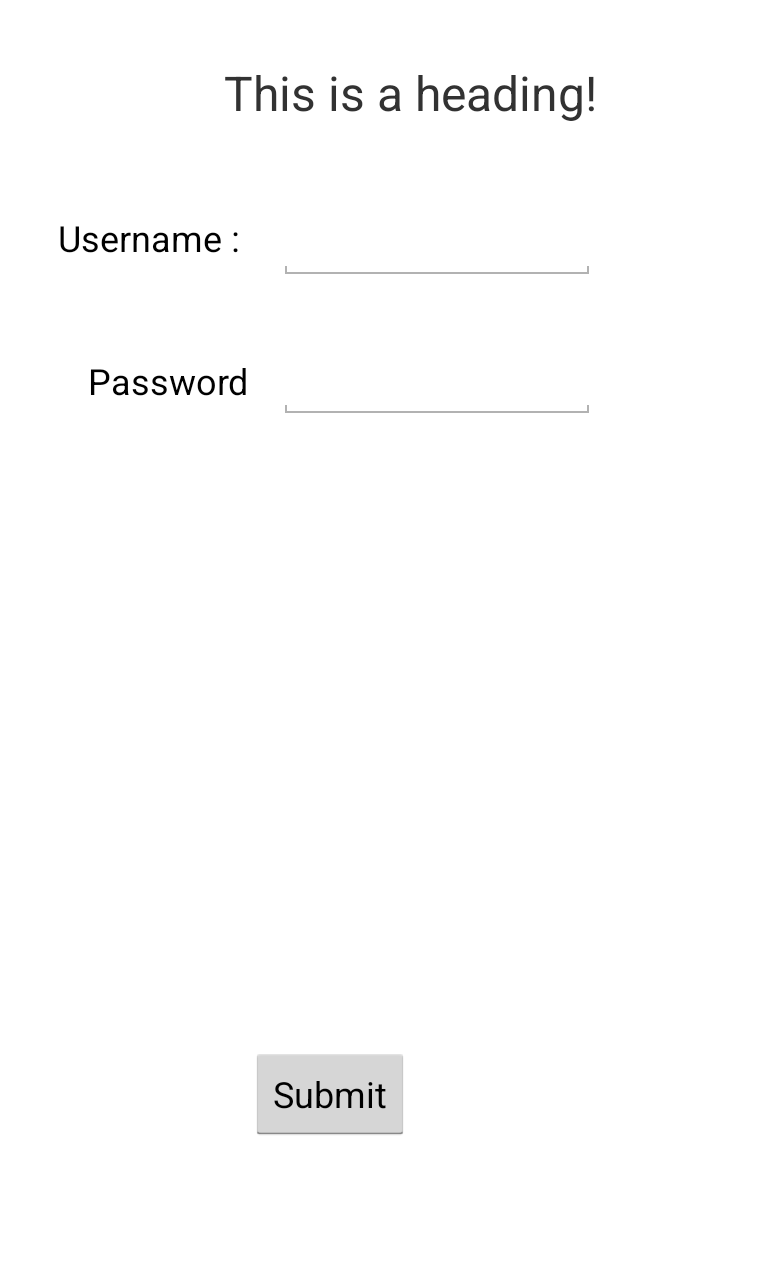
Repository: itsnavneetk/sem6
Layout: AT/150911226/FirstApplication/res/layout/activity_main.xml
The author's editor kept a copy of each file at every save. The layout is drawn from the files as they stood at one save, then again after the next save.
It is drawn on a 768 x 1280 px phone screen (xhdpi) without system bars, with theme AppTheme; the app's code is not run.

Above is the layout before, as saved 2018-01-10 04:11:17.

After the next save:
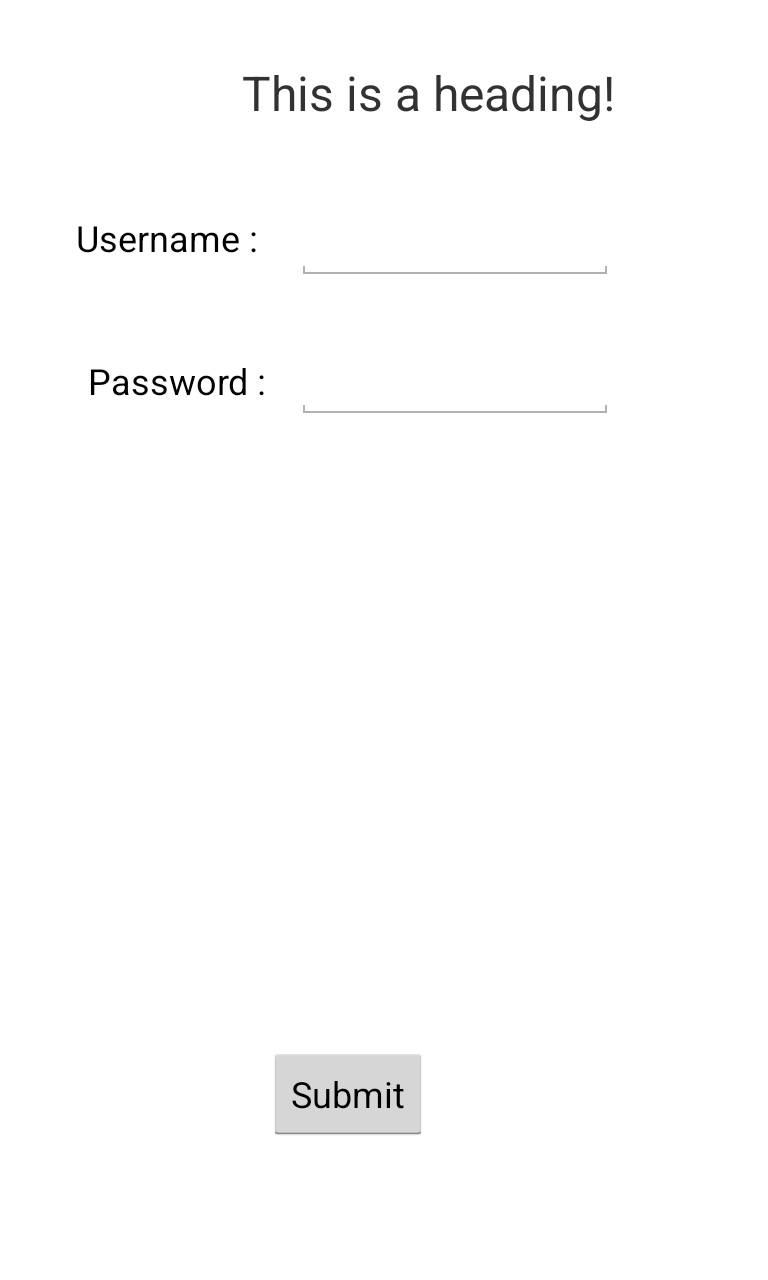
Saved 16 s later.
--- a/AT/150911226/FirstApplication/res/layout/activity_main.xml
+++ b/AT/150911226/FirstApplication/res/layout/activity_main.xml
@@ -56,7 +56,7 @@
         android:layout_below="@+id/unametext"
         android:layout_marginLeft="28dp"
         android:layout_marginTop="37dp"
-        android:text="Password"
+        android:text="Password :"
         android:textAppearance="?android:attr/textAppearanceMedium" />
 
     <EditText
